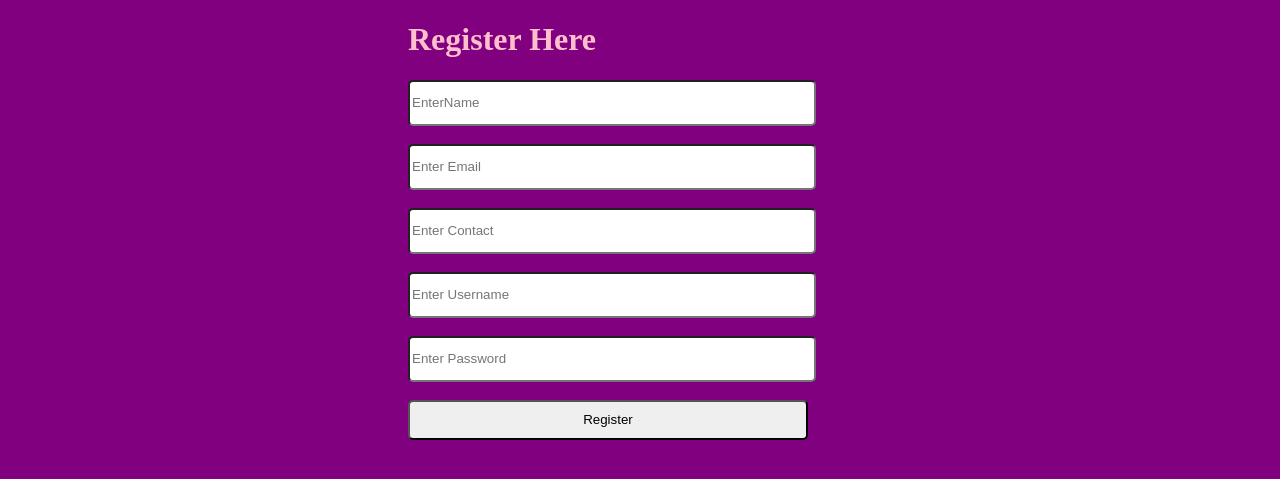
Repository: vaibhaokamble/MY_INSTITUTE_PUNE
Page: SERVLET/MiniProjectServlet/src/main/webapp/register.html
These files come from the project's save history. The page is drawn as it stood at one moment and after the next save; the edit follows.
The browser window is 1280 px wide. The pictures show the whole page.

Above is the page before, as saved 2022-10-20 06:33:20.

### SERVLET/MiniProjectServlet/src/main/webapp/register.html
<!DOCTYPE html>
<html>
<head>
<meta charset="UTF-8">
<title>Insert title here</title>
<link rel="stylesheet" href="css/register.css" />
</head>
<body>
	<div>
		<h1>Register Here</h1>
		<form name='frm' action='reg' method='POST'>
			<input type='text' name='name' value='' placeholder='EnterName'
				class="control" /><br> <br> <input type='text'
				name='email' value='' placeholder='Enter Email' class="control" /><br>
			<br> <input type='text' name='contact' value=''
				placeholder='Enter Contact' class="control" /><br> <br> <input
				type='text' name='username' value='' placeholder='Enter Username'
				class="control" /><br> <br> <input type='text'
				name='password' value='' placeholder='Enter Password'
				class="control" /><br> <br> <input type='submit' name='s'
				value='Register' class="control" /><br> <br>
		</form>
	</div>
</body>
</html>

### SERVLET/MiniProjectServlet/src/main/webapp/css/register.css
@charset "UTF-8";

body {
	background-color: purple;
}

div {
	width: 800px;
	height: 500px;
	position: relative;
	left: 400px;
}

h1 {
	color: pink;
}

.control {
	width: 400px;
	height: 40px;
	border-radius: 5px;
}

After the next save:
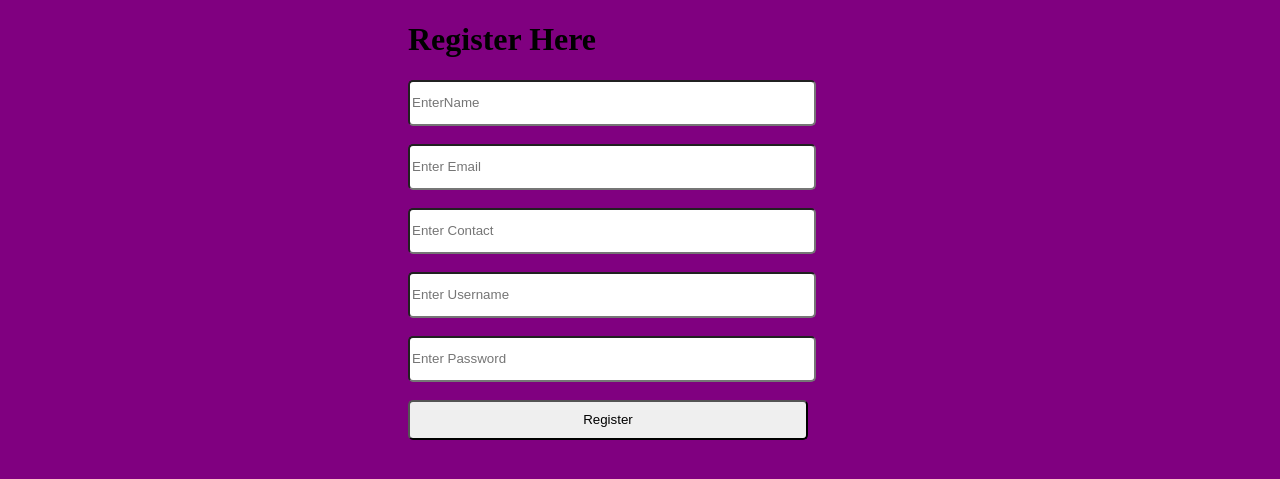
Saved 24 s later.
--- a/SERVLET/MiniProjectServlet/src/main/webapp/css/register.css
+++ b/SERVLET/MiniProjectServlet/src/main/webapp/css/register.css
@@ -12,7 +12,7 @@ div {
 }
 
 h1 {
-	color: pink;
+	color: bkack;
 }
 
 .control {
